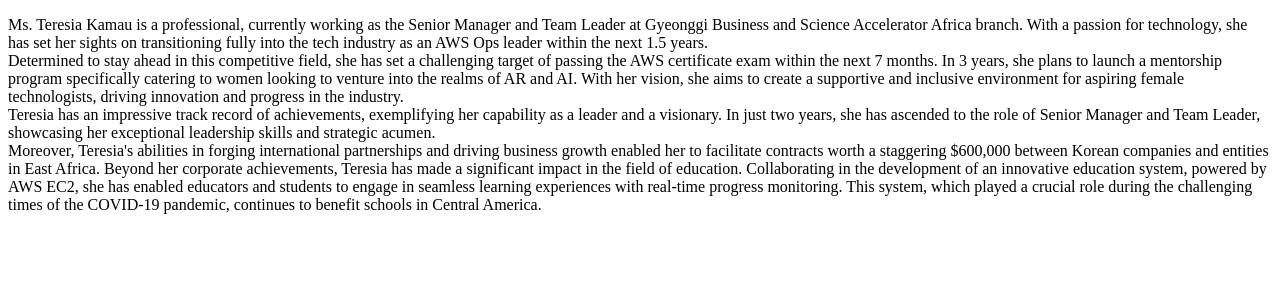
Repository: tessa5/developerPortfolio
Page: public/bio.html
The author's editor kept a copy of each file at every save. The page is drawn from the files as they stood at one save, then again after the next save.
The browser window is 1280 px wide. The pictures show the whole page.

Above is the page before, as saved 2023-08-07 12:45:05.

After the next save:
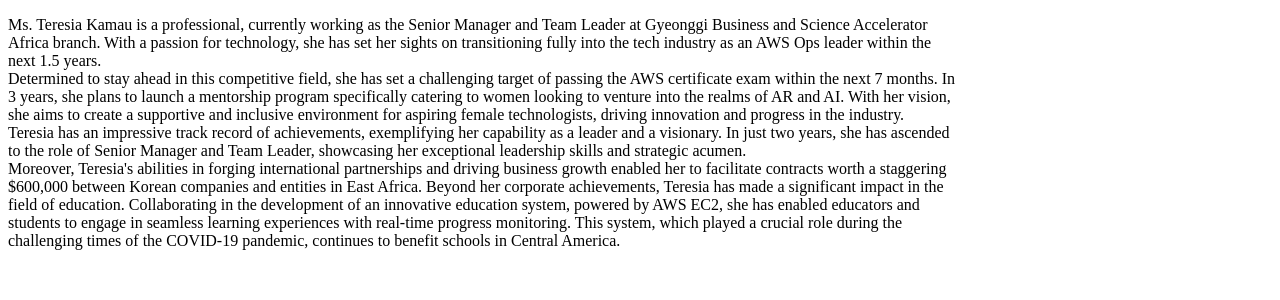
Saved 102 s later.
--- a/public/assets/styles/bio.css
+++ b/public/assets/styles/bio.css
@@ -1,3 +1,3 @@
 .bio {
-
+    width:950px;
 }
